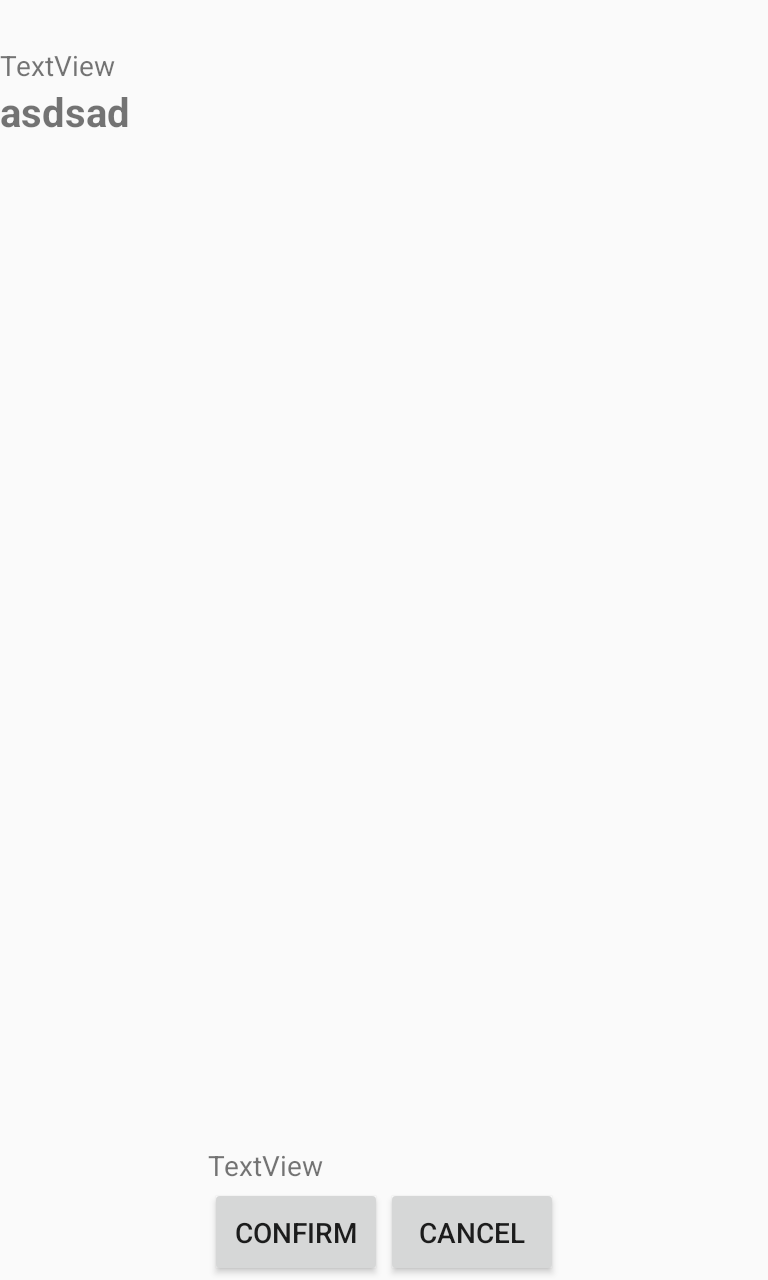
Repository: TeamZhao/Assignment-Tracker
Layout: AssignmentTracker/res/layout/activity_delete_semester_confirmation.xml
The author's editor kept a copy of each file at every save. The layout is drawn from the files as they stood at one save, then again after the next save.
It is drawn on a 768 x 1280 px phone screen (xhdpi) without system bars, with theme AppTheme; the app's code is not run.

Above is the layout before, as saved 2014-11-15 06:27:42.

After the next save:
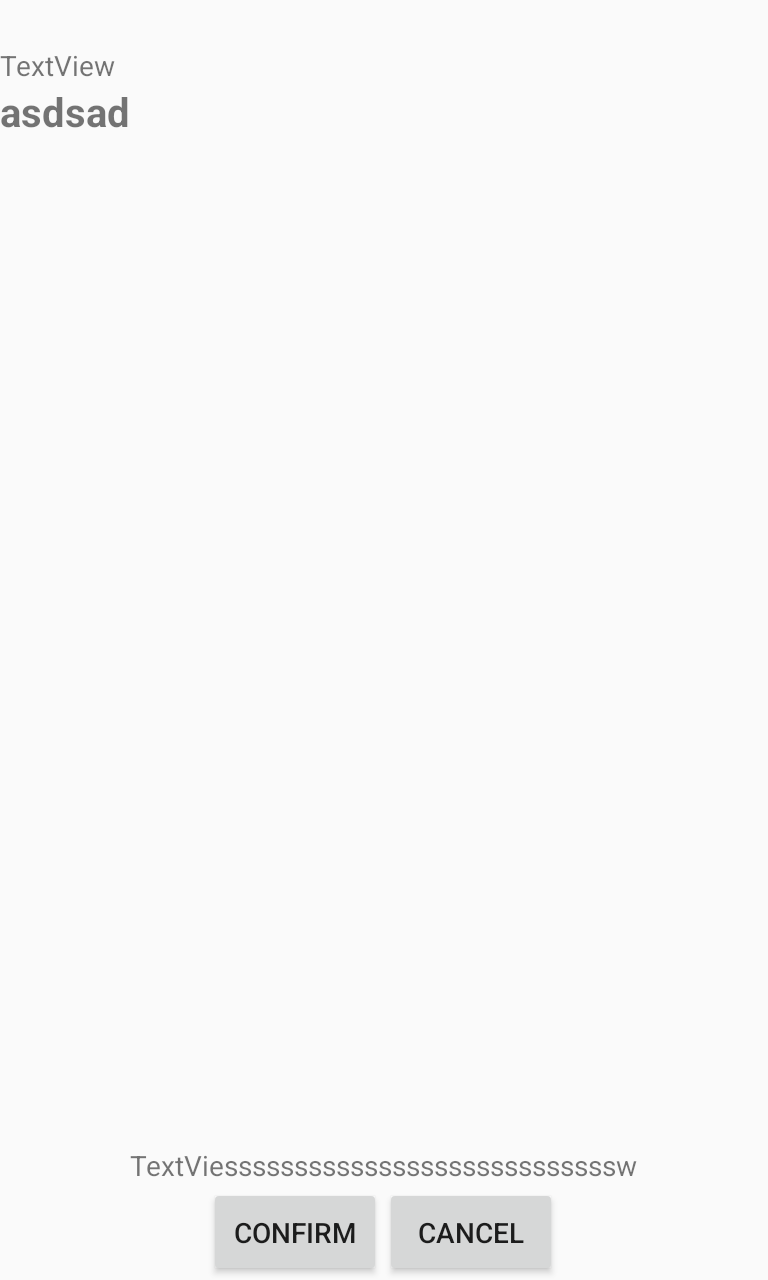
Saved 10 s later.
--- a/AssignmentTracker/res/layout/activity_delete_semester_confirmation.xml
+++ b/AssignmentTracker/res/layout/activity_delete_semester_confirmation.xml
@@ -74,7 +74,7 @@
                 android:id="@+id/textView_ContinueNotice"
                 android:layout_width="match_parent"
                 android:layout_height="wrap_content"
-                android:text="TextView" />
+                android:text="TextViessssssssssssssssssssssssssssw" />
 
             <LinearLayout
                 android:layout_width="match_parent"

After the save that followed:
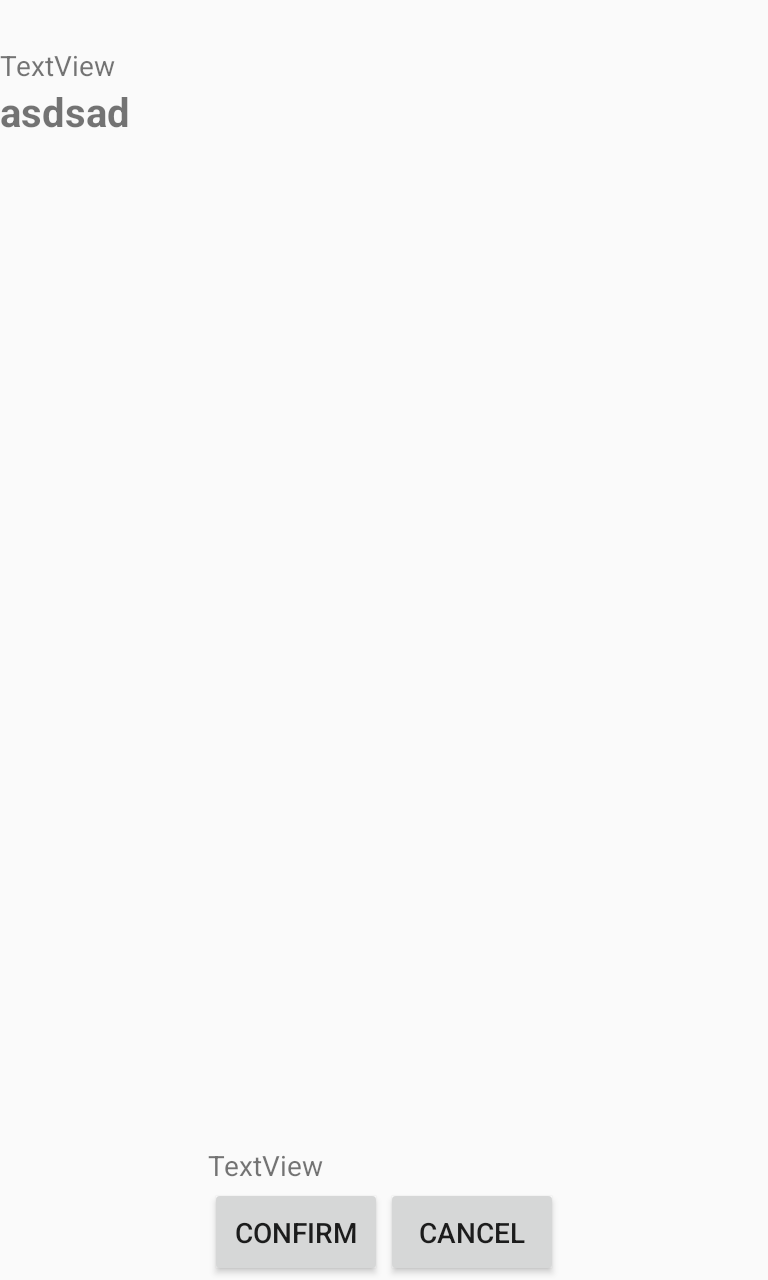
Saved 4 s later.
--- a/AssignmentTracker/res/layout/activity_delete_semester_confirmation.xml
+++ b/AssignmentTracker/res/layout/activity_delete_semester_confirmation.xml
@@ -74,7 +74,7 @@
                 android:id="@+id/textView_ContinueNotice"
                 android:layout_width="match_parent"
                 android:layout_height="wrap_content"
-                android:text="TextViessssssssssssssssssssssssssssw" />
+                android:text="TextView" />
 
             <LinearLayout
                 android:layout_width="match_parent"
